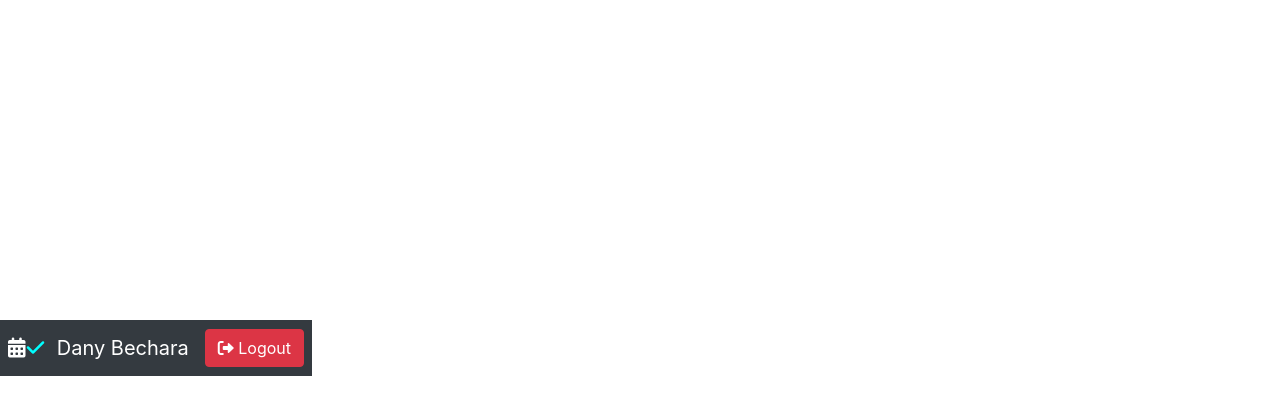
Repository: bechara611/calendar-frontend
Page: /
These files come from the project's save history. The page is drawn as it stood at one moment and after the next save; the edit follows.
The browser window is 1280 px wide. The pictures show the whole page.
The project was rebuilt for these pictures with package versions that can differ from the ones it lists, and the page was loaded fresh each time. Also part of the build but not shown: vite.config.js. Imported but missing from the stored project, and not drawn on this page: src/auth.

Above is the page before, as saved 2023-01-04 14:21:23.

After the next save:
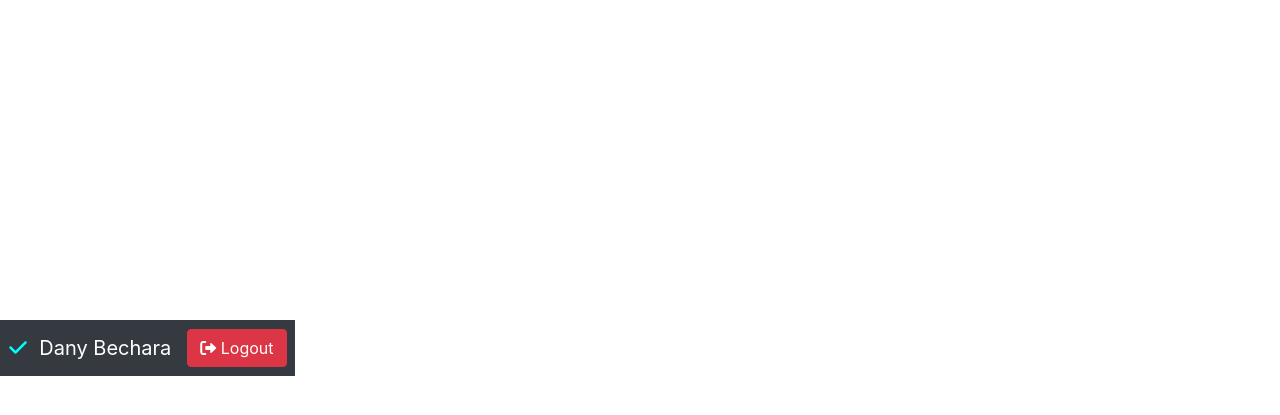
Saved 14 s later.
--- a/src/calendar/components/NavBar.jsx
+++ b/src/calendar/components/NavBar.jsx
@@ -4,7 +4,7 @@ export const NavBar = () => {
   return (
     <div className="navbar navbar-dark bg-dark mb-4 px-2">
     <span className='navbar-brand'>
-    <i className='fas fa-calendar-alt'></i>
+
     <i className="fa-sharp fa-solid fa-check icono"></i>
 
     &nbsp;
